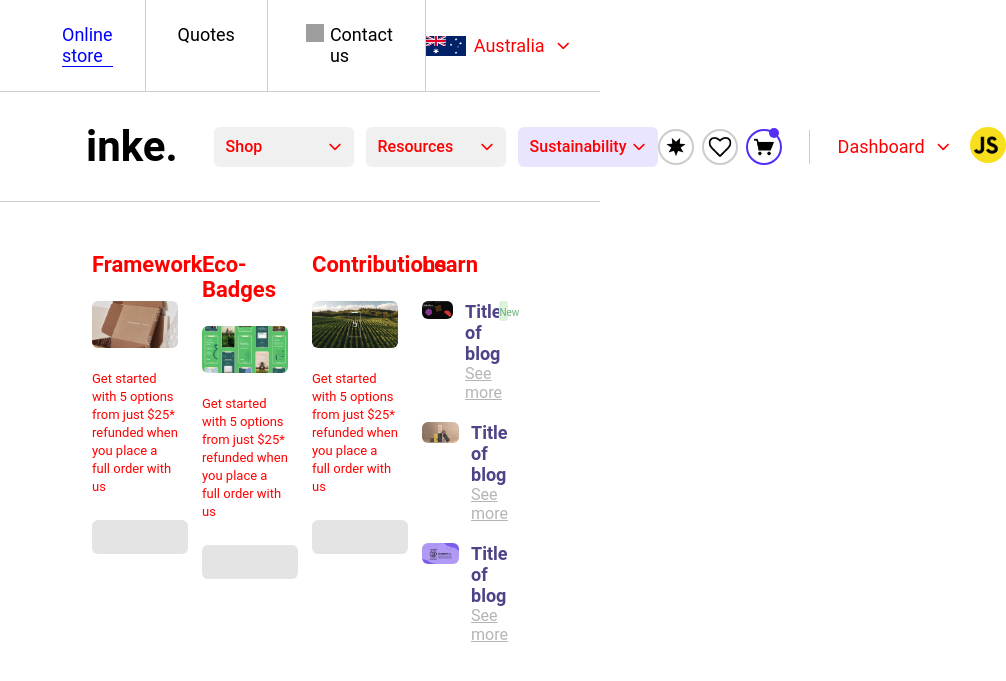
Repository: NguyenMinhKhanhB1909929/Practice_HTML-01
Page: index.html
These files come from the project's save history. The page is drawn as it stood at one moment and after the next save; the edit follows.
The browser window is 600 px wide. The page is 1006 px wide, then 600 px, so the pictures cover 1006 px, including what lies to the right of the window. The pictures show the whole page.
Pictures or frames that could not be fetched are drawn as grey boxes. Some web libraries are served in a nearby version.

Above is the page before, as saved 2022-04-07 20:35:32.

After the next save:
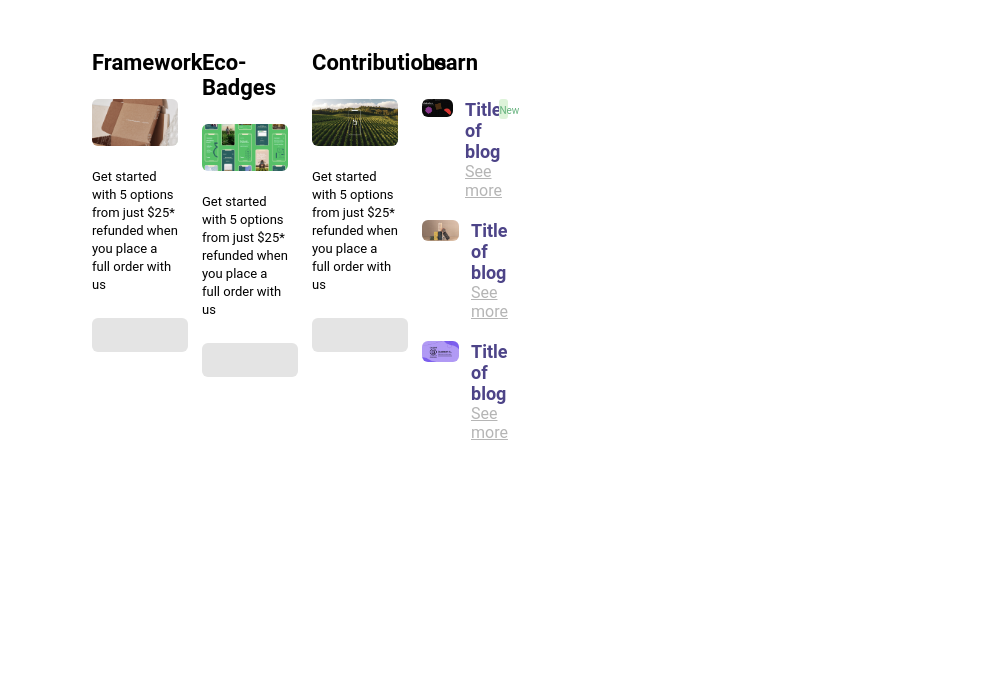
Saved 84 s later.
--- a/asset/style/style.css
+++ b/asset/style/style.css
@@ -354,7 +354,10 @@ a {
 
 /* Mobile */
 @media screen and (max-width: 46.1875em) {
-  * {
-    color: red;
-  }
-}
+  .header {
+    display: none;
+  }
+  .nav {
+    display: none;
+  }
+}
